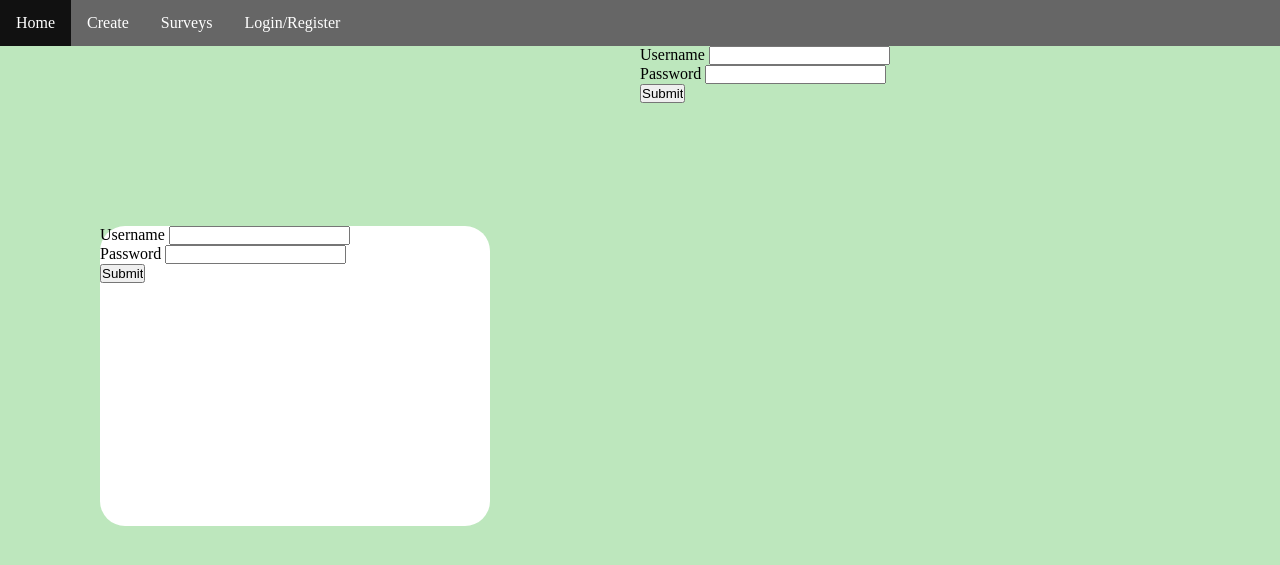
Repository: cakuang1/QuickSurveyReact
Page: /login
These files come from the project's save history. The page is drawn as it stood at one moment and after the next save; the edit follows.
The browser window is 1280 px wide. The pictures show the whole page.
The project was rebuilt for these pictures with package versions that can differ from the ones it lists, and the page was loaded fresh each time. Also part of the build but not shown: src/pages/create.js, src/pages/home.css, src/pages/home.js, src/pages/pastsurveys.js.

Above is the page before, as saved 2022-07-21 14:19:17.

After the next save:
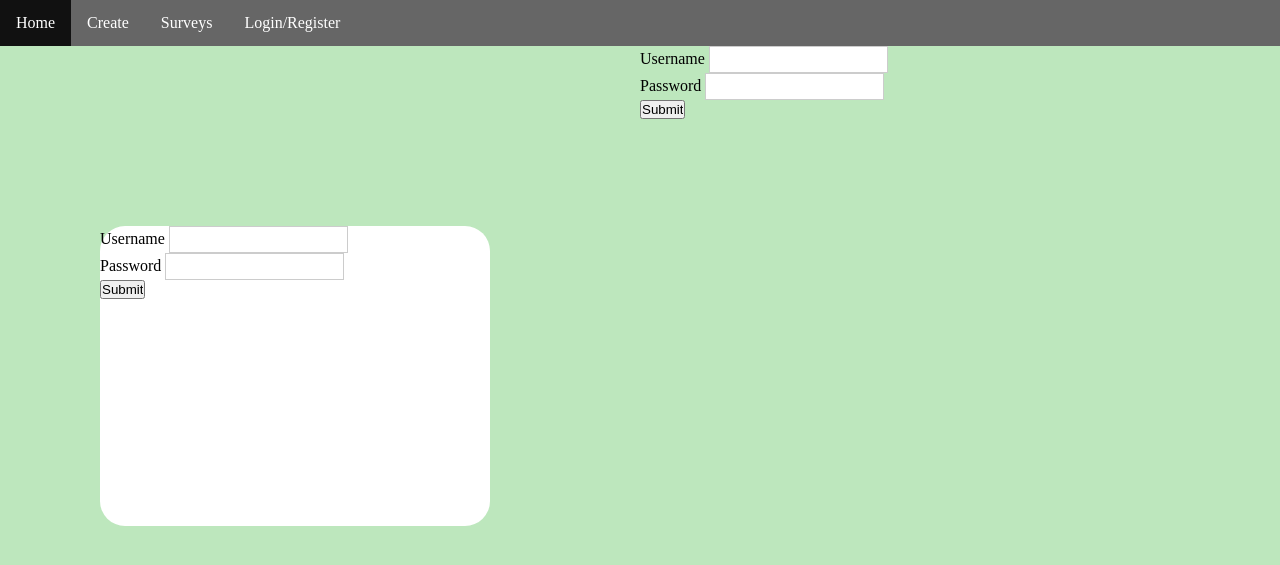
Saved 5 min 6 s later.
--- a/src/pages/login.css
+++ b/src/pages/login.css
@@ -20,3 +20,9 @@
 .registercontainer {
     width:50%
 }
+
+input[type="text"],
+input[type="password"] {
+  height: 25px;
+  border: 1px solid rgba(0, 0, 0, 0.2);
+}
